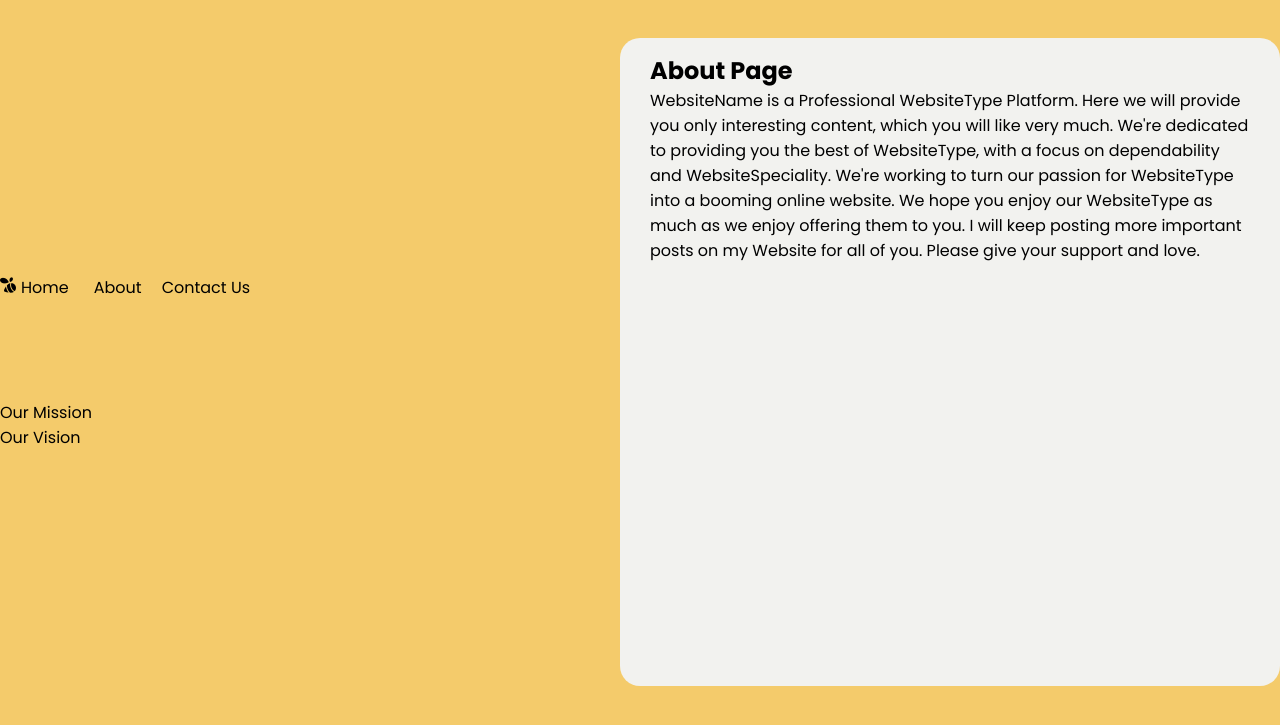
Repository: ble-syn/Random-user-generator-app
Page: /about
An editor plug-in stored every save of this project. The page is shown before and after the next save, followed by the edit.
The browser window is 1280 px wide. The pictures show the whole page.
The project was rebuilt for these pictures with package versions that can differ from the ones it lists, and the page was loaded fresh each time. Also part of the build but not shown: src/components/pagination.jsx, src/components/ErrorFallback.jsx, src/components/User.jsx, src/pages/Home.jsx, src/pages/Policy.jsx, src/pages/Terms.jsx, src/pages/Contact.jsx, src/pages/NotFound.jsx.

Above is the page before, as saved 2022-10-28 18:47:33.

After the next save:
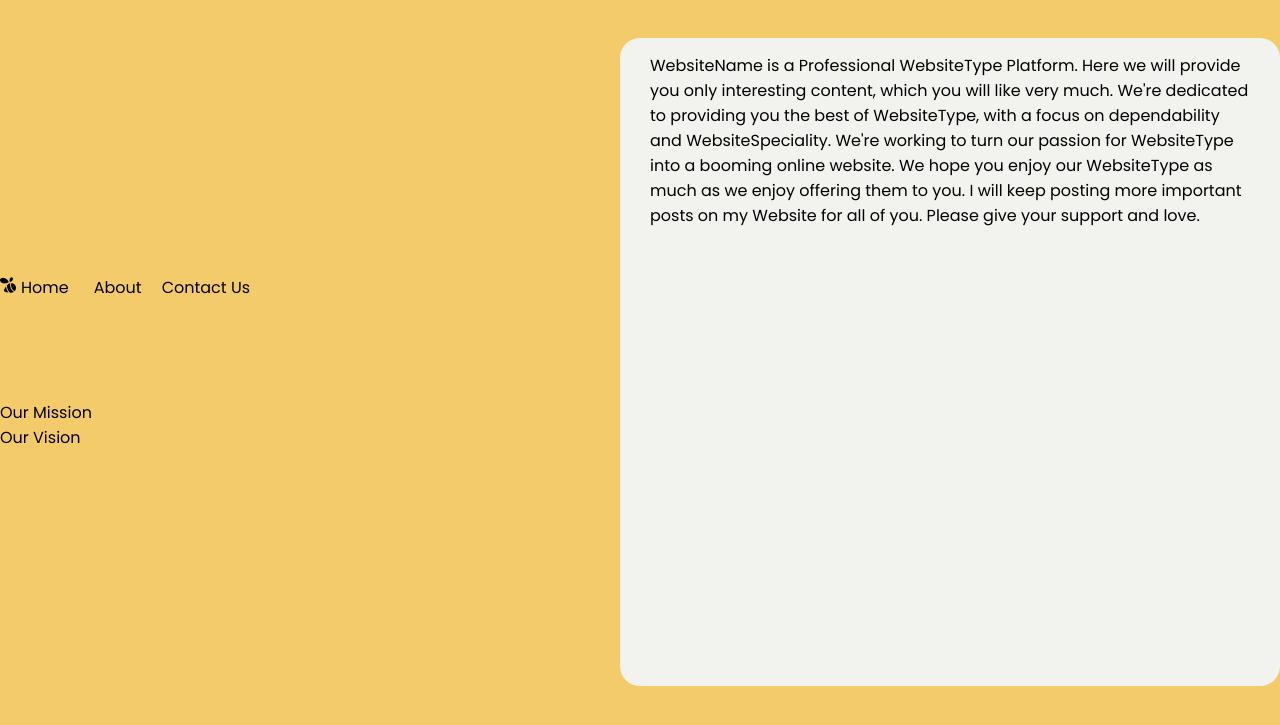
Saved 61 s later.
--- a/src/pages/About.jsx
+++ b/src/pages/About.jsx
@@ -8,7 +8,6 @@ function About() {
   return (
     <div>
       <div className="home-container">
-
         <div id="left">
           <Navbar />
           <ul>
@@ -20,8 +19,8 @@ function About() {
             </li>
           </ul>
         </div>
+
         <div id="right">
-          <h2>About Page</h2>
           {location.pathname === "/about" ? (
             <div>
 
